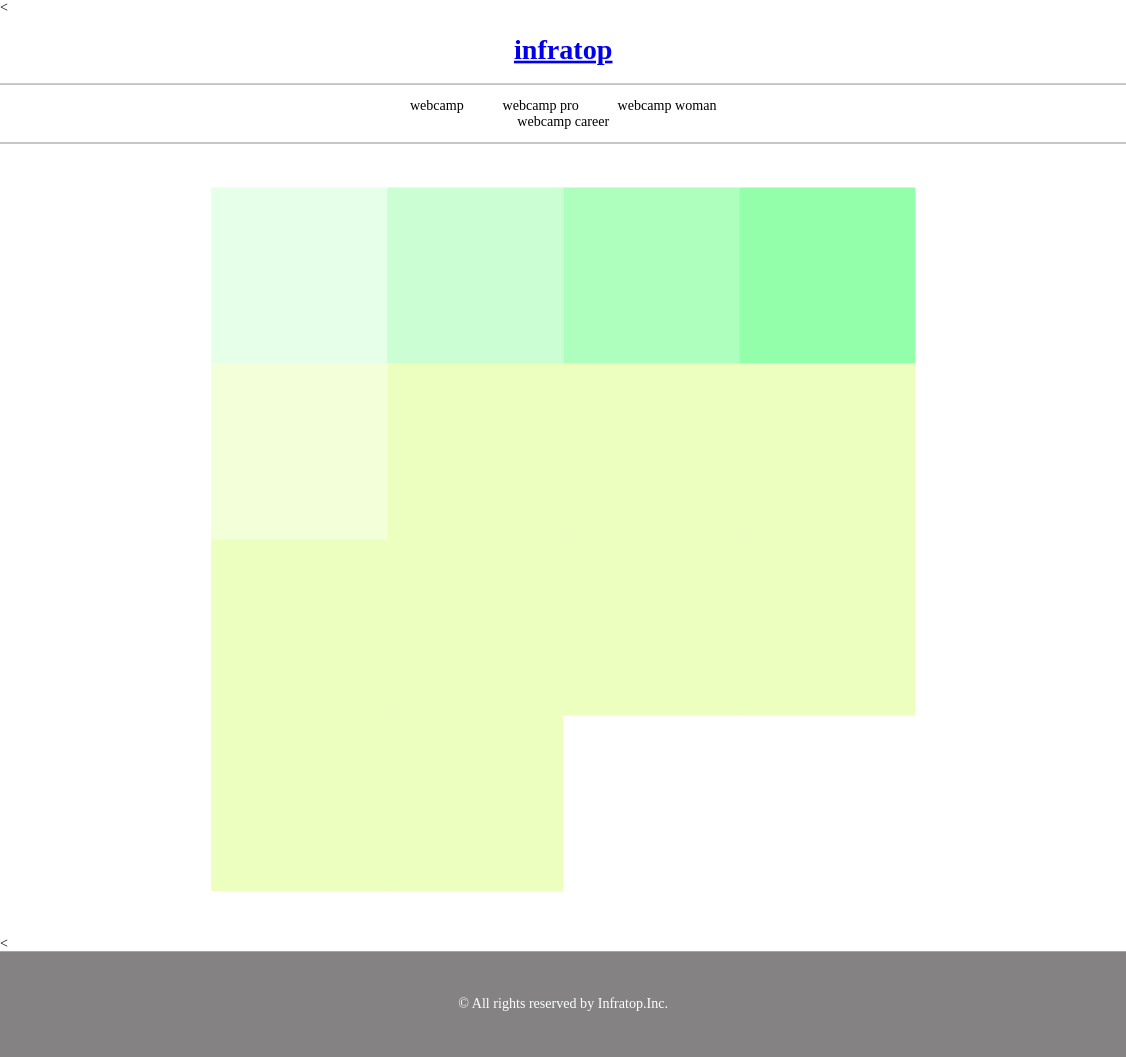
Repository: YabuYoshi/Bookers1
Page: chapter5-exercise/chapter5-exercise.html
The author's editor kept a record of every edit. The page is drawn from the files as they stood at one moment, then again after the next edit.
The browser window is 1280 px wide. The pictures show the whole page, at 88% of full size.

Above is the page before.

### chapter5-exercise/chapter5-exercise.html
<!DOCTYPE html>
<html lang="ja">
  <head>
    <meta charset="UTF-8" />
    <!-- CSSファイルの読み込み -->
    <link rel="stylesheet" href="style.css" />
    <title>infratop</title>
  </head>

  <body>
    <<header>
      <h1 class="heading">
        <a href="chapter5-exercise">
          infratop
        </a>
      </h1>
    </header>

        <nab>
      <ul class="nav-list">
        <li class="nav-list-item">webcamp</li>
        <li class="nav-list-item">webcamp pro</li>
        <li class="nav-list-item">webcamp woman</li>
        <li class="nav-list-itme">webcamp career</li>
      </ul>
    </nab>

    <div class="main-visual">
      <div class="main-visual-content"></div>
    </div>
    <div class="main">
      <div class="box1"></div>
      <div class="box2"></div>
      <div class="box3"></div>
      <div class="box4"></div>
      <div class="box5"></div>
      <div class="box6"></div>
      <div class="box6"></div>
      <div class="box6"></div>
      <div class="box6"></div>
      <div class="box6"></div>
      <div class="box6"></div>
      <div class="box6"></div>
      <div class="box6"></div>
      <div class="box6"></div>

    </div>

    <<footer>
      <p class="footer-text">© All rights reserved by Infratop.Inc.</p>
    </footer>

  </body>
</html>


  </body>

### chapter5-exercise/style.css
*{
  margin: 0;
  padding: 0;
  box-sizing: border-box;
}

header {
  width: 100%;
  padding: 20px 0;
  text-align: center;
}

.nav-list {
  text-align: center;
  padding: 15px 0;
  margin: 0 auto;
  border-bottom: 1px solid #848282;
  border-top: 1px solid #848282;
}

.nav-list-item {
  list-style: none;
  display: inline-block;
  margin: 0 20px;
}

.main {
  width: 800px;
  margin: 50px auto;
  display: flex;
  flex-wrap: wrap;
}

.box1 {
  width: 200px;
  height: 200px;
  background-color: #e6ffe9;
}

.box2 {
  width: 200px;
  height: 200px;
  background-color: #cbffd3;
}

.box3 {
  width: 200px;
  height: 200px;
  background-color: #aeffbd;
}

.box4 {
  width: 200px;
  height: 200px;
  background-color: #93ffab;
}

.box5 {
  width: 200px;
  height: 200px;
  background-color: #f3ffd8;
}

.box6 {
  width: 200px;
  height: 200px;
  background-color: #edffbe;
}

.box7 {
  width: 200px;
  height: 200px;
  background-color: #e9ffa5;
}

.box8 {
  width: 200px;
  height: 200px;
  background-color: #e4ff8d;
}

.box9 {
  width: 200px;
  height: 200px;
  background-color: #d9e5ff;
}

.box10 {
  width: 200px;
  height: 200px;
  background-color: #bad3ff;
}

.box11 {
  width: 200px;
  height: 200px;
  background-color: #a4c6ff;
}

.box12 {
  width: 200px;
  height: 200px;
  background-color: #8eb8ff;
}

footer {
  width: 100%;
  height: 120px;
  text-align: center;
  line-height: 120px;
  background-color: #848282;
}

.footer-text {
  color: #fff;
}

After the next edit:
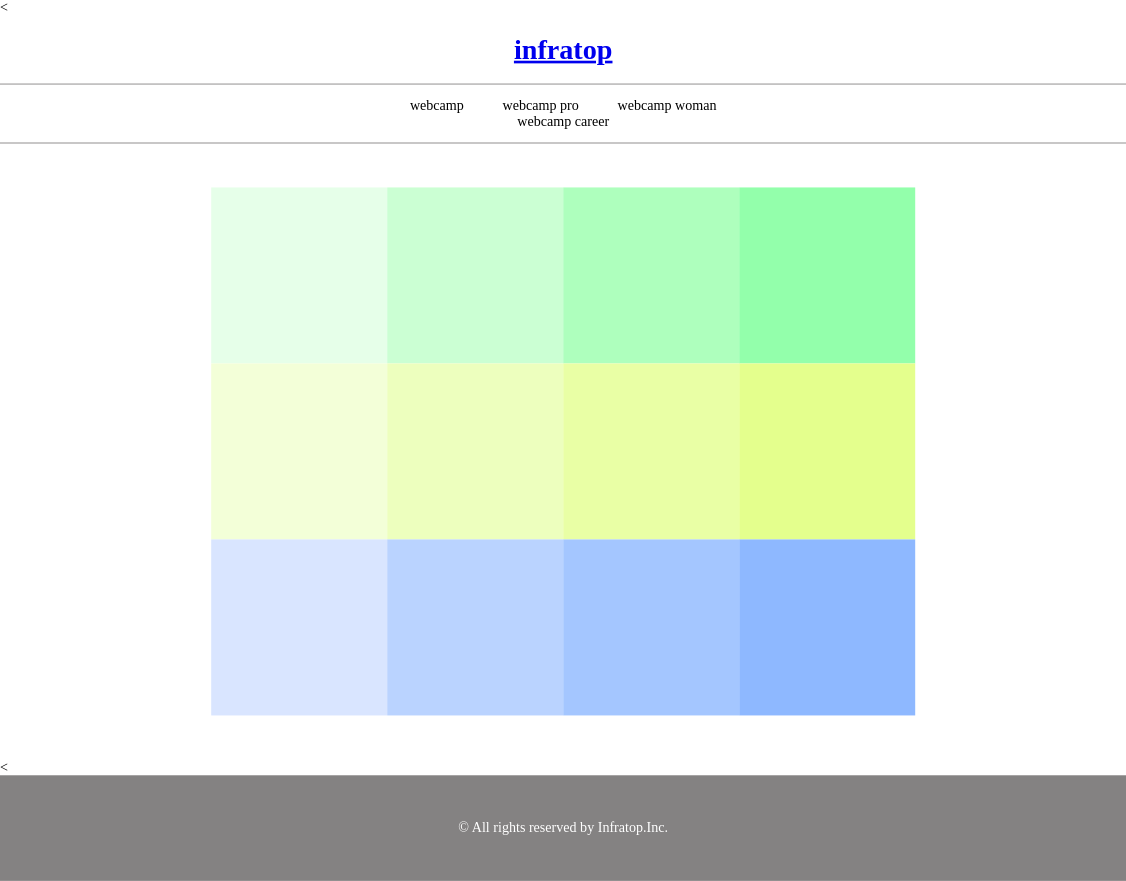
The edit:
--- a/chapter5-exercise/chapter5-exercise.html
+++ b/chapter5-exercise/chapter5-exercise.html
@@ -35,14 +35,12 @@
       <div class="box4"></div>
       <div class="box5"></div>
       <div class="box6"></div>
-      <div class="box6"></div>
-      <div class="box6"></div>
-      <div class="box6"></div>
-      <div class="box6"></div>
-      <div class="box6"></div>
-      <div class="box6"></div>
-      <div class="box6"></div>
-      <div class="box6"></div>
+      <div class="box7"></div>
+      <div class="box8"></div>
+      <div class="box9"></div>
+      <div class="box10"></div>
+      <div class="box11"></div>
+      <div class="box12"></div>
 
     </div>
 
